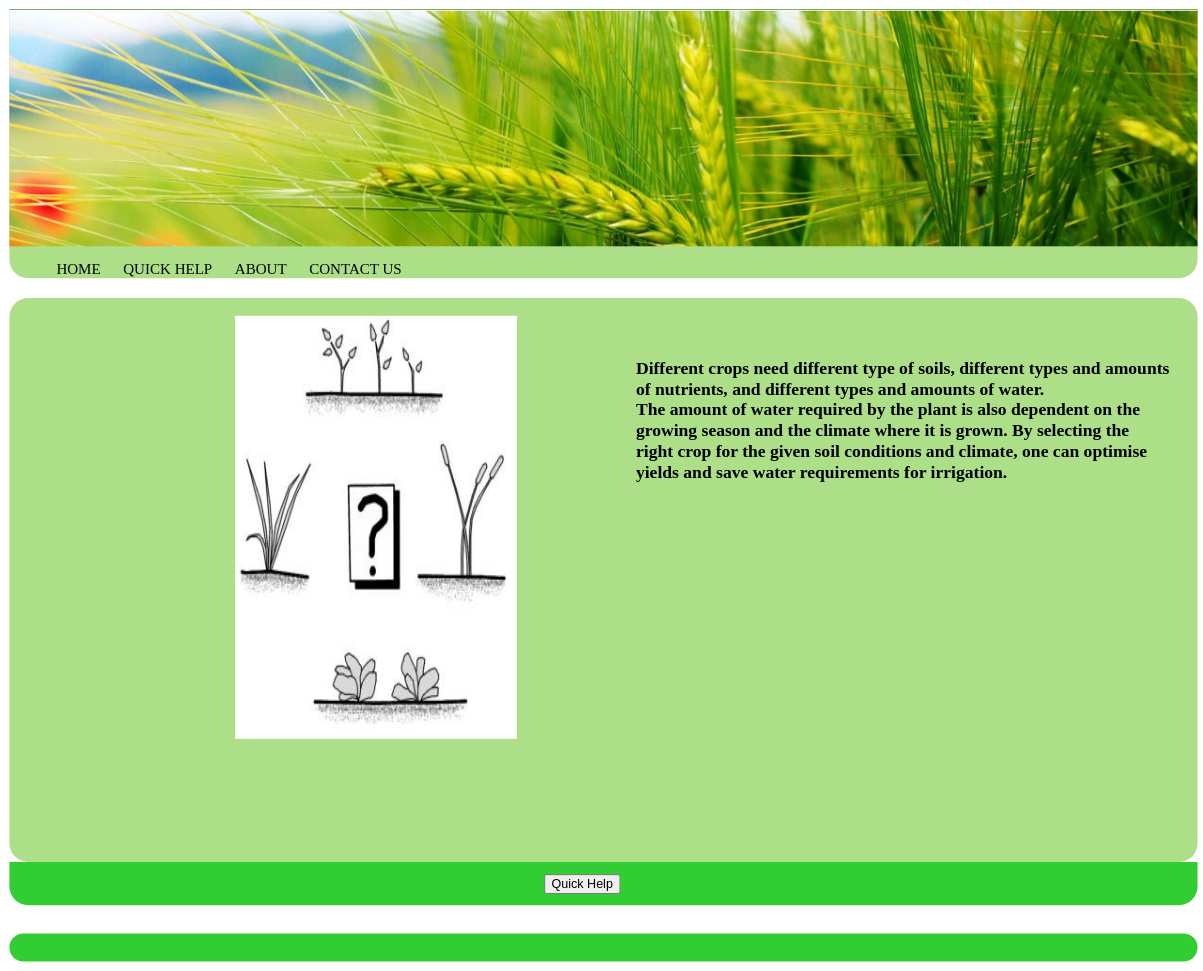
Repository: shivamtyagi1234/FarmoFriend
Page: http://localhost/FarmoFriend/
These files come from the project's save history. The page is drawn as it stood at one moment and after the next save; the edit follows.
The browser window is 1280 px wide. The pictures show the whole page, at 94% of full size.
The page is served by Tomcat 9. Other server files are loaded and not shown.

Above is the page before, as saved 2019-11-03 07:13:59.

### FarmoFriend/WebContent/home.jsp
<%@ page language="java" contentType="text/html; charset=ISO-8859-1"
    pageEncoding="ISO-8859-1"%>
<!DOCTYPE html PUBLIC "-//W3C//DTD HTML 4.01 Transitional//EN" "http://www.w3.org/TR/html4/loose.dtd">
<html>
<head>
<meta http-equiv="Content-Type" content="text/html; charset=ISO-8859-1">
<title>home</title>

<style type="text/css">
#main
{
width: 100%;
height: 100%;
border: 2px solid white;
}
#homeHead
{
background-color: #ACDF87;
border-radius:0px 0px 20px 20px;
}
#blank1
{
width: 100%;
height: 5px;
}
#homeBody
{
background-color: #ACDF87;
border-top:2px solid;
width: 100%;
height: 600px;
border: 2px;
border-color:limegreen;
border-radius:20px 20px 20px 20px;
}
#homeImage
{
height: 100%;
width: 50%;
}
#homeContent
{
height: 100%;
width: 50%;
}
#homeBody img
{
height:450px;
width:300px;
padding-left: 38%;
padding-top: 3%;
}
#vote
{
border:2px;
border-color: limegreen;
padding-top:1%;
padding-left: 45%;
padding-bottom:1%;
background-color: limegreen;
border-radius:0px 0px 20px 20px;
}
#blank2
{
width: 100%;
height:30px;
}
</style>
</head>
<body >
<div id="main">
<div id="homeHead">
<jsp:include page="header.jsp"></jsp:include>
</div>
<div id="blank1"></div>

<div id="homeBody">
	<div style="float: left; width: 50%"><img alt="home1" src="images\crop selection.jpg" ></div>
	<div style="float: right; text-align: left; text-decoration: blink; padding-right:30px; padding-top: 45px";>
	<p><h3>Different crops need different type of soils, different types and amounts
	<br>of nutrients, and different types and amounts of water.
	<br> The amount of water required by the plant is also dependent on the
	<br>growing season and the climate where it is grown. By selecting the
	<br>right crop for the given soil conditions and climate, one can optimise
	<br> yields and save water requirements for irrigation.<br></h3></p>
	</div>




</div>
<div id="vote">
<a href="voterLogin.jsp"><button>Quick Help</button></a>
</div>
<div id="blank2"></div>
<div id="homeFoot">
<jsp:include page="footer.jsp"></jsp:include>
</div>
</div>
</body>
</html>

### FarmoFriend/WebContent/header.jsp
<%@ page language="java" contentType="text/html; charset=ISO-8859-1"
    pageEncoding="ISO-8859-1"%>
<!DOCTYPE html PUBLIC "-//W3C//DTD HTML 4.01 Transitional//EN" "http://www.w3.org/TR/html4/loose.dtd">
<head>
<meta http-equiv="Content-Type" content="text/html; charset=ISO-8859-1">
<title>result</title>
<style>
#header
{
height: 25%;
width: 100%;


}
#header ul
{
list-style-type: none;
}
#header ul li
{
display: inline;

padding: 10px;
}
#header ul li a
{
text-decoration: none;
color: black;
}
</style>
</head>
<body>
<div id="header">
	<img src="images\head.png" width="100%">
	<ul>
	<li><a href="home.jsp">HOME</a></li>
	<li><a href="registration.jsp">QUICK HELP</a></li>
	<li><a href="voterLogin.jsp">ABOUT</a></li>
	<li><a href="result.jsp">CONTACT US</a></li>
</ul>
</div>
</body>
</html>

### FarmoFriend/WebContent/footer.jsp
<%@ page language="java" contentType="text/html; charset=ISO-8859-1"
    pageEncoding="ISO-8859-1"%>
<!DOCTYPE html PUBLIC "-//W3C//DTD HTML 4.01 Transitional//EN" "http://www.w3.org/TR/html4/loose.dtd">
<html>
<head>
<meta http-equiv="Content-Type" content="text/html; charset=ISO-8859-1">

<title>FOOTER</title>
<style type="text/css">
#footer
{
width: 100%;
height: 30px;
background-color: limegreen;
border-radius:20px 20px 20px 20px;
}
</style>
</head>
<body>
<div id="footer">

</div>
</body>
</html>

After the next save:
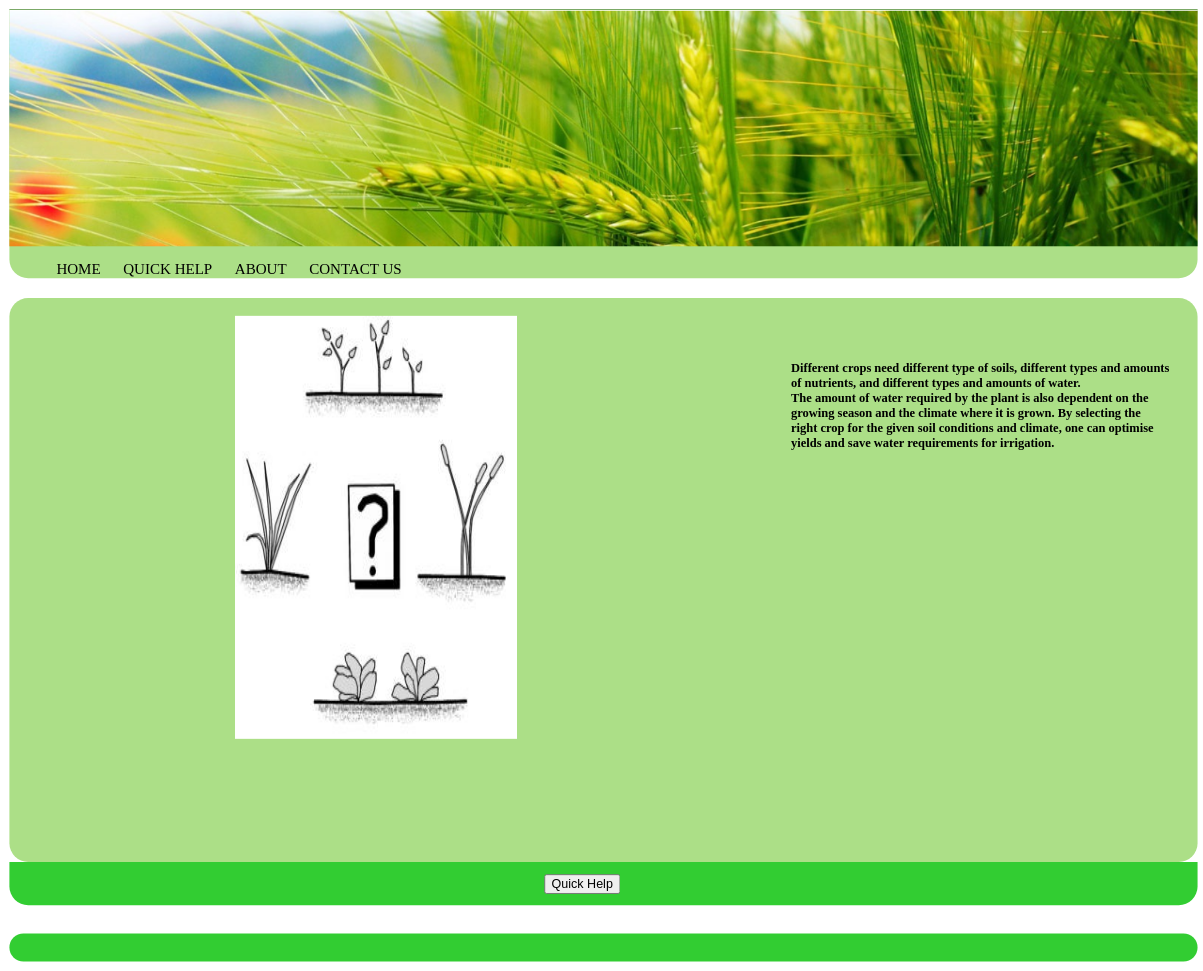
Saved 17 s later.
--- a/FarmoFriend/WebContent/home.jsp
+++ b/FarmoFriend/WebContent/home.jsp
@@ -77,12 +77,12 @@ height:30px;
 <div id="homeBody">
 	<div style="float: left; width: 50%"><img alt="home1" src="images\crop selection.jpg" ></div>
 	<div style="float: right; text-align: left; text-decoration: blink; padding-right:30px; padding-top: 45px";>
-	<p><h3>Different crops need different type of soils, different types and amounts
+	<p><h5>Different crops need different type of soils, different types and amounts
 	<br>of nutrients, and different types and amounts of water.
 	<br> The amount of water required by the plant is also dependent on the
 	<br>growing season and the climate where it is grown. By selecting the
 	<br>right crop for the given soil conditions and climate, one can optimise
-	<br> yields and save water requirements for irrigation.<br></h3></p>
+	<br> yields and save water requirements for irrigation.<br></h5></p>
 	</div>
 
 
